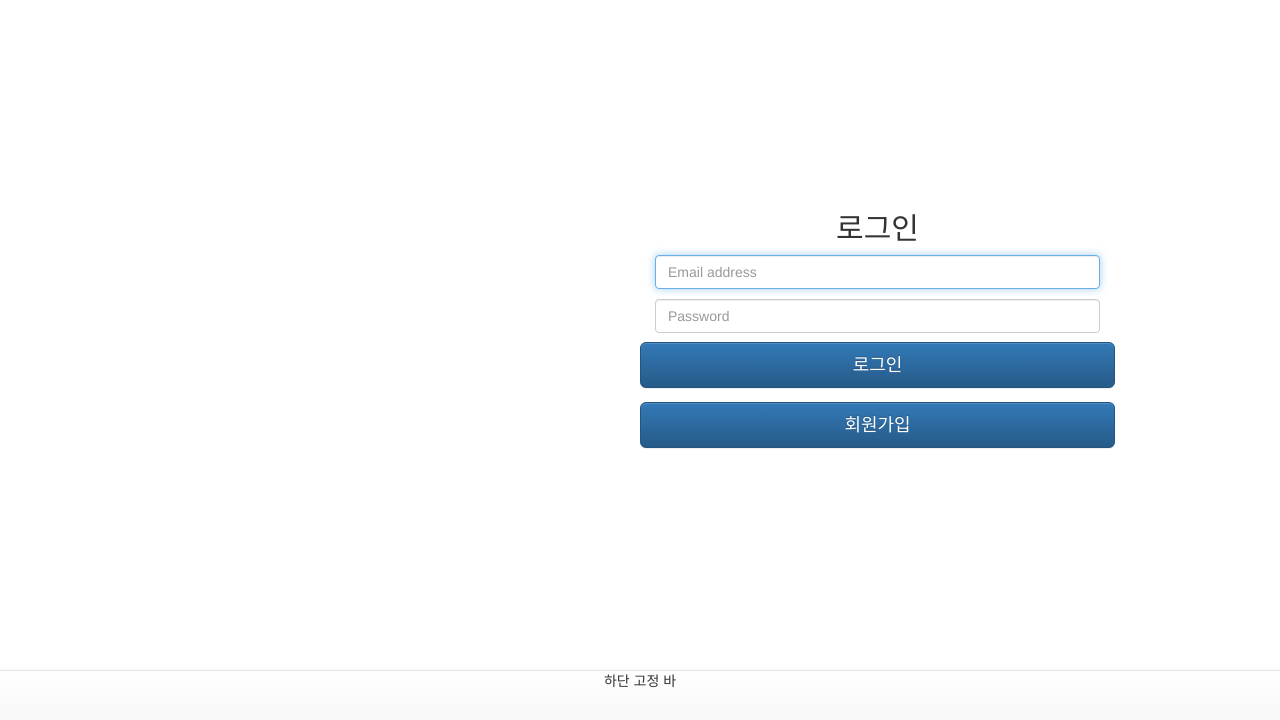
Repository: hrhwbp/Acorn-Final-Project
Page: http://localhost/final_project/index.jsp
The author's editor kept a copy of each file at every save. The page is drawn from the files as they stood at one save, then again after the next save.
The browser window is 1280 px wide. The pictures show the whole page.
Some web libraries are served in a nearby version. The page is served by Tomcat 9. Nobody is signed in. The application's start-up code is not run.

Above is the page before, as saved 2016-10-26 07:57:43.

After the next save:
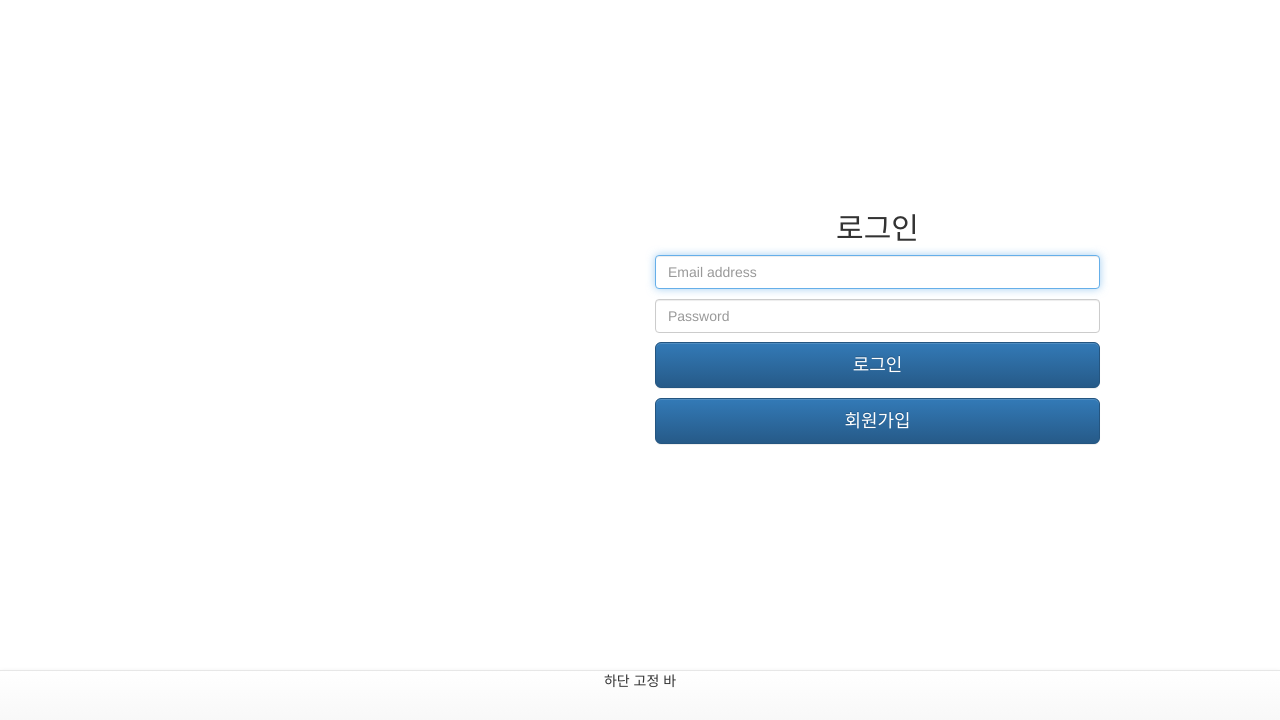
Saved 43 s later.
--- a/final_project/src/main/webapp/index.jsp
+++ b/final_project/src/main/webapp/index.jsp
@@ -62,15 +62,18 @@ function join() {
 							type="email" id="inputEmail" class="form-control"
 							placeholder="Email address" required autofocus>
 					</div>
-					<div class="col-md-12 top_pd bottom_pd">
+					<div class="col-md-12 top_pd">
 						<label for="inputPassword" class="sr-only">Password</label> <input
 							type="password" id="inputPassword" class="form-control"
 							placeholder="Password" required>
 					</div>
-
+					<div class="col-md-12 top_pd">
 					<button class="btn btn-lg btn-primary btn-block" type="submit">로그인</button>
+					</div>
 				</form>
+				<div class="col-md-12 top_pd">
 				<button class="btn btn-lg btn-primary btn-block" type="button" onclick="join()">회원가입</button>
+				</div>
 			</div>
 
 			<!-- -------------------------------------- -->
